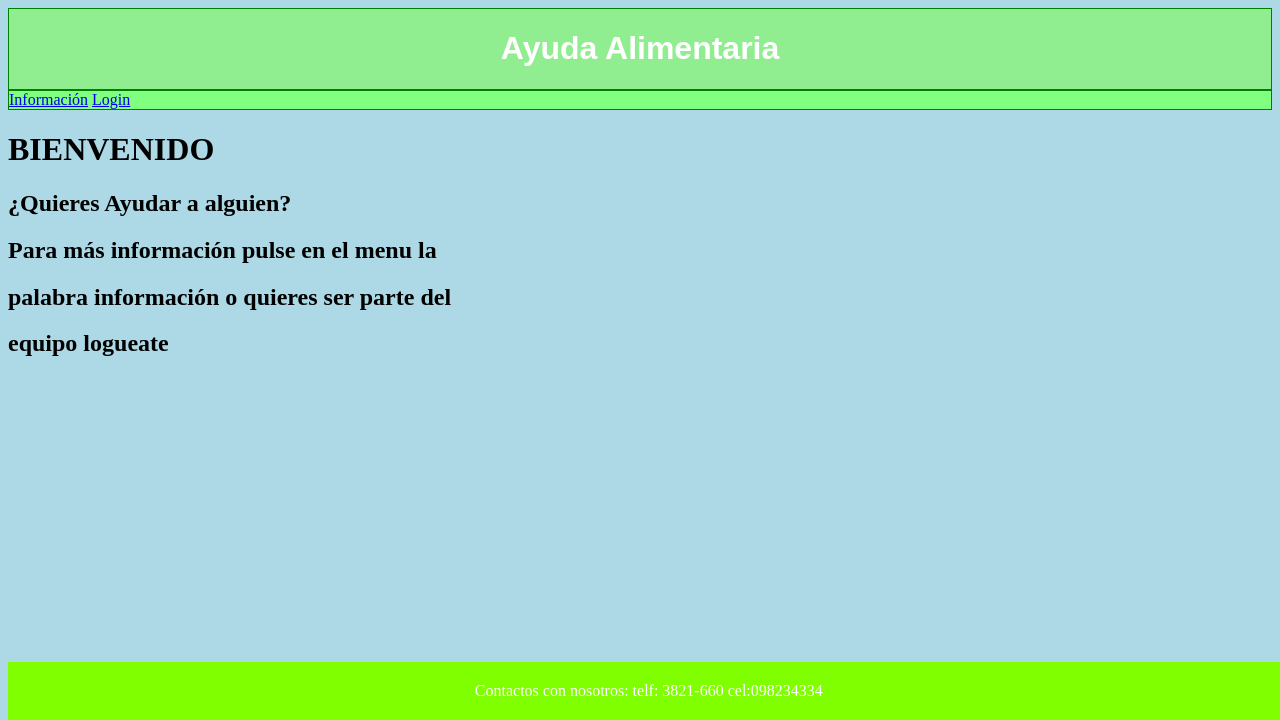
Repository: sonicspeed1/examen1_codigo_bryansantillan
Page: http://localhost/examen_1_bryan_santillan/home.jsp
An editor plug-in stored every save of this project. The page is shown before and after the next save, followed by the edit.
The browser window is 1280 px wide. The pictures show the whole page.
The page is served by Tomcat 9.

Above is the page before, as saved 2024-05-29 04:46:14.

After the next save:
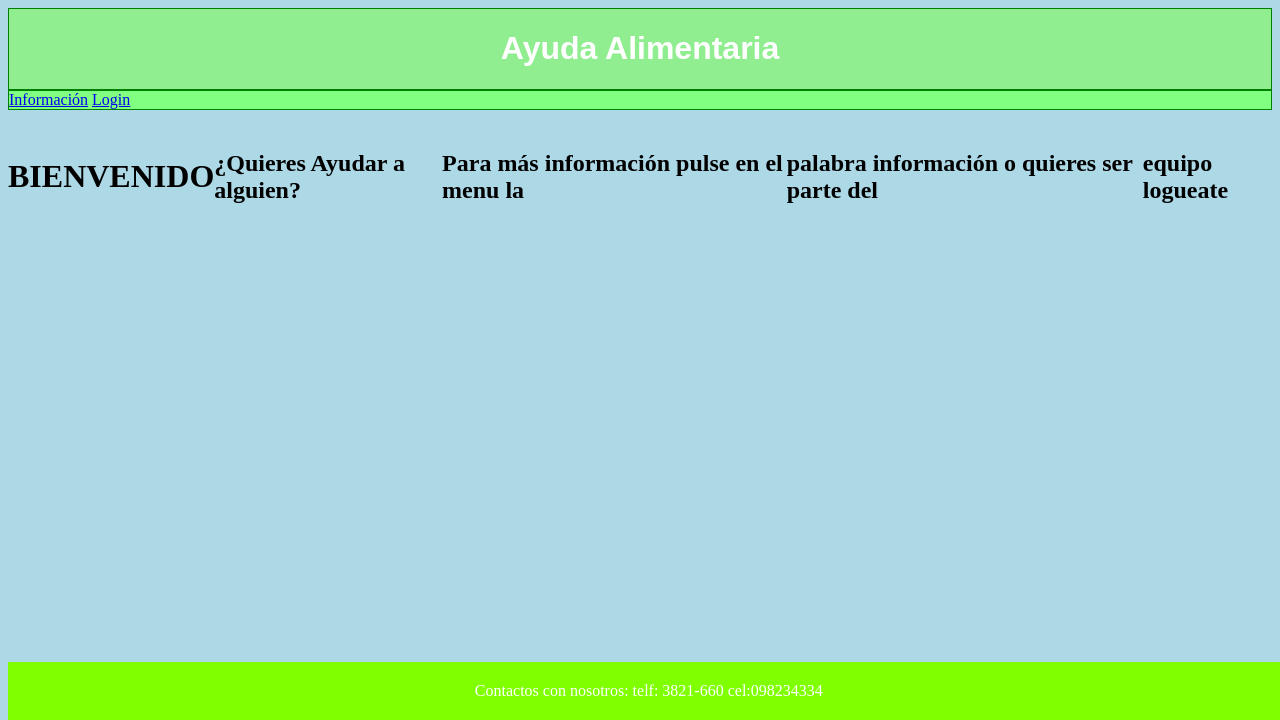
Saved 1 s later.
--- a/examen_1_bryan_santillan/src/main/webapp/estilo.css
+++ b/examen_1_bryan_santillan/src/main/webapp/estilo.css
@@ -93,3 +93,11 @@
     position: fixed;
     bottom: 0;
 }
+
+.container2 {
+    display: flex;
+    justify-content: center;
+    align-items: center;
+    margin-top: 20px;
+
+}

After the save that followed:
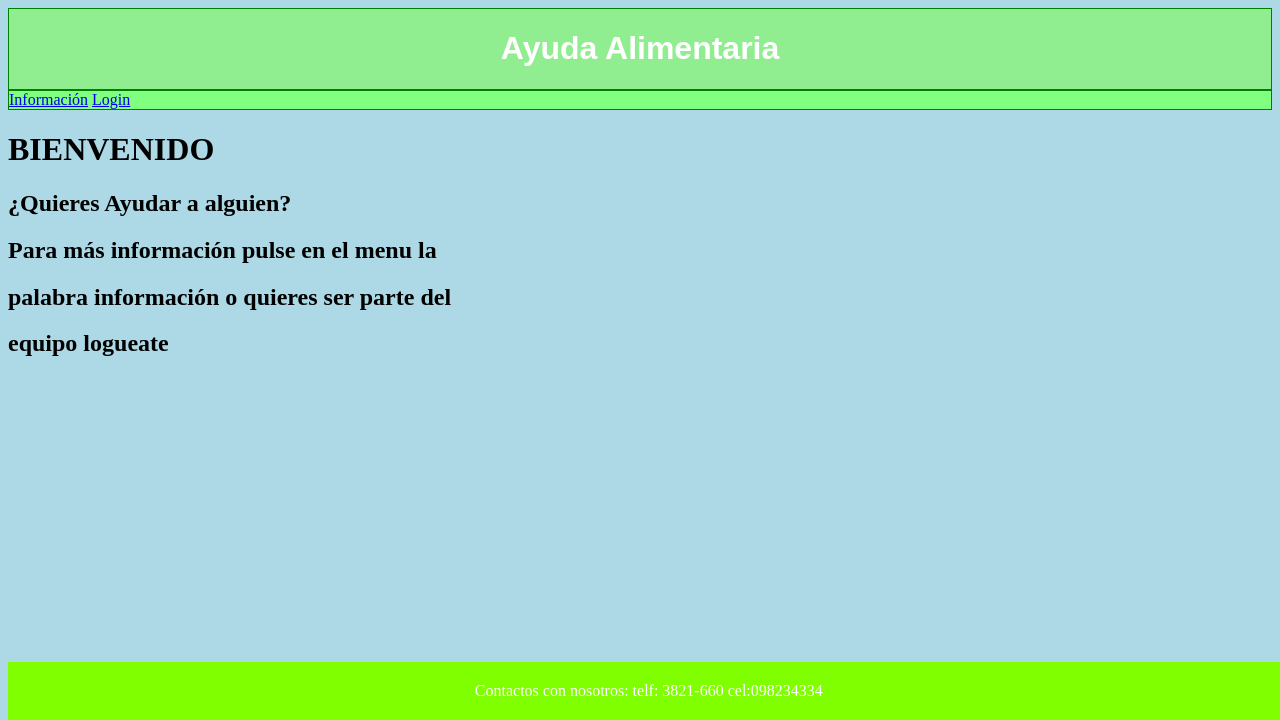
Saved 110 s later.
--- a/examen_1_bryan_santillan/src/main/webapp/estilo.css
+++ b/examen_1_bryan_santillan/src/main/webapp/estilo.css
@@ -95,9 +95,7 @@
 }
 
 .container2 {
-    display: flex;
-    justify-content: center;
-    align-items: center;
-    margin-top: 20px;
+    display: block;
+
 
 }
